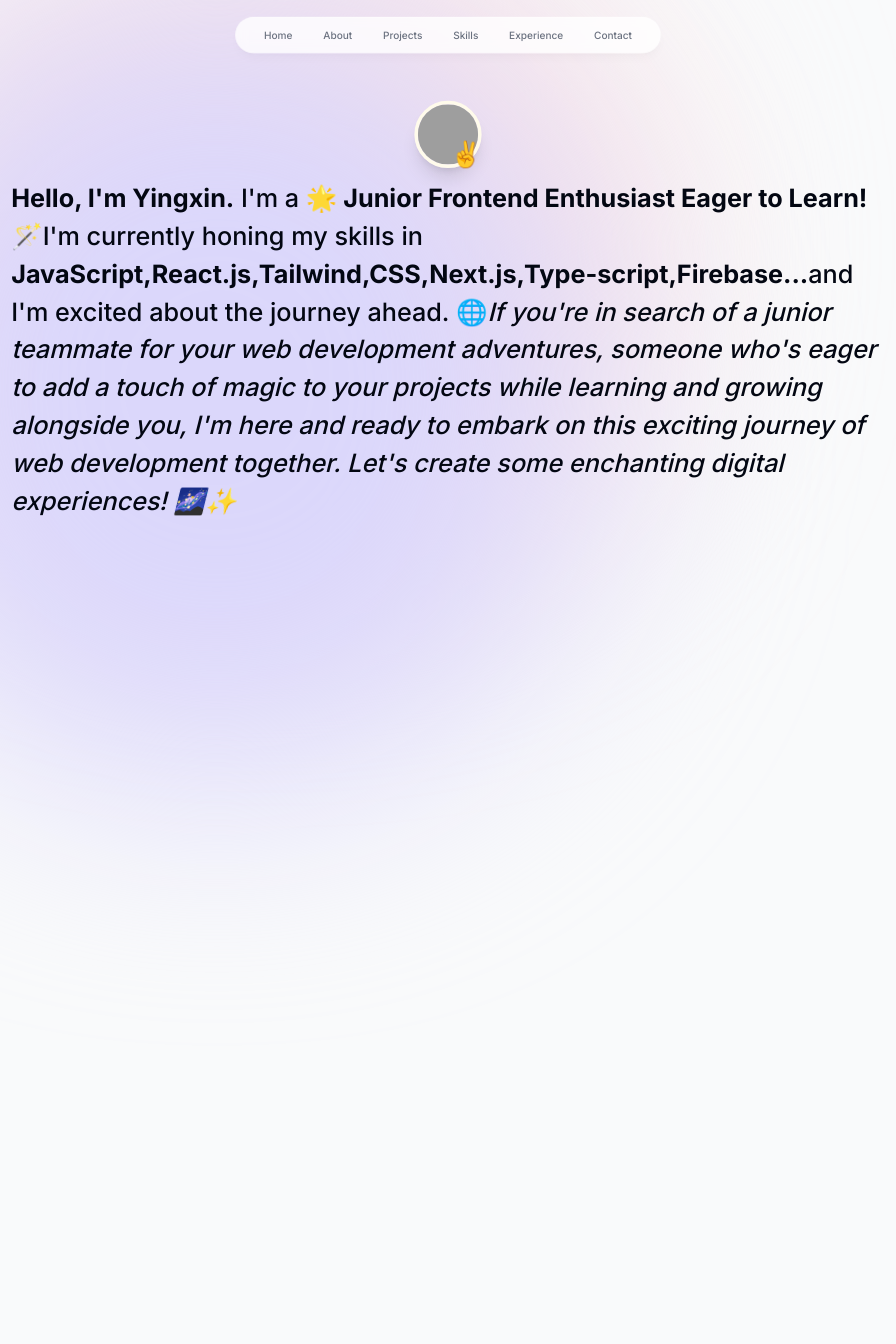
Repository: Tracy-maker/portfolio_website
Page: /
The author's editor kept a copy of each file at every save. The page is drawn from the files as they stood at one save, then again after the next save.
The browser window is 1280 px wide. The pictures show the part of the page from y = 0 to 1920 px (the page is 5000 px tall), at 70% of full size.
Pictures or frames that could not be fetched are drawn as grey boxes. The project was rebuilt for these pictures with package versions that can differ from the ones it lists, and the page was loaded fresh each time. The framework's server and built-in components were replaced by stand-ins that run in the browser. Also part of the build but not shown: next.config.js.

Above is the page before, as saved 2023-10-02 17:58:20.

### app/layout.tsx
import Header from "@/components/header";
import "./globals.css";
import type { Metadata } from "next";
import { Inter } from "next/font/google";

const inter = Inter({ subsets: ["latin"] });

export const metadata: Metadata = {
  title: "Yingxin_Zhang | Portfolio",
  description: "Yingxin_Zhang is a front-end developer",
};

export default function RootLayout({
  children,
}: {
  children: React.ReactNode;
}) {
  return (
    <html lang="en">
      <body
        className={`${inter.className} bg-gray-50 text-gray-950 relative h-[5000px] pt-28 sm:pt-36`}
      >
        <div className="bg-[#fbe2e3] absolute top-[-6rem] -z-10 right-[21rem] h-[56.25rem] w-[31.25rem] rounded-full blur-[10rem] sm:w-[68.75rem]"></div>
        <div className="bg-[#dbd7fb] absolute top-[-1rem] -z-10 left-[-45rem] h-[71.25rem] w-[-30rem] rounded-full blur-[10rem] sm:w-[68.75rem] md:left-[-33rem] lg:left-[-28rem] xl:left-[-15rem] 2xl:left-[-5rem]"></div>
        <Header />
        {children}
      </body>
    </html>
  );
}

### app/page.tsx
import Intro from "@/components/intro";
import Image from "next/image";

export default function Home() {
  return (
    <main className="">
      <Intro />
    </main>
  );
}

### components/header.tsx
"use client";
import { motion } from "framer-motion";
import { links } from "@/lib/data";
import Link from "next/link";

export default function Header() {
  return (
    <header className="z-[999] relative">
      <motion.div
        className="fixed top-0 left-1/2 h-[4.5rem] w-full
        rounded-none border border-white border-opacity-40
        bg-white bg-opacity-80 shadow-lg shadow-black/[0.03]
        backdrop-blur-[0.5rem] sm:top-6 sm:h-[3.25rem] sm:w-[38rem] sm:rounded-full"
        initial={{ y: -100, x: "-50%", opacity: 0 }}
        animate={{ y: 0, x: "-50%", opacity: 1 }}
      ></motion.div>

      <nav className="flex fixed top-[0.15rem] left-1/2 h-12 -translate-x-1/2 py-2 sm:top-[1.7rem] sm:h-[initial] sm:py-0">
        <ul className="flex w-[22rem] flex-wrap items-center justify-center gap-y-1 text-[0.9rem] font-medium text-gray-500 sm:w-[initial] sm:flex-nowrap sm:gap-5">
          {links.map((link) => (
            <motion.li
              className="h-3/4 flex items-center justify-center relative"
              key={link.hash}
              initial={{ y: -100, opacity: 0 }}
              animate={{ y: 0, opacity: 1 }}
            >
              <Link
                className="flex w-full items-center justify-center px-3 py-3 hover:text-gray-950 transition"
                href={link.hash}
              >
                {link.name}
              </Link>
            </motion.li>
          ))}
        </ul>
      </nav>
    </header>
  );
}

### components/intro.tsx
"use client";

import Image from "next/image";
import React from "react";
import { motion } from "framer-motion";

export default function Intro() {
  return (
    <section>
      <div className="flex items-center justify-center">
        <div className="relative">
          <motion.div
            initial={{ opacity: 0, scale: 0 }}
            animate={{ opacity: 1, scale: 1 }}
            transition={{
              type: "tween",
              duration: 0.2,
            }}
          >
            <Image
              src="https://i.ibb.co/MRHHtS5/Wechat-IMG7.jpg"
              alt="Personal image"
              width="192"
              height="192"
              quality="98"
              priority={true}
              className="h-24 w-24 rounded-full object-cover border-[0.35rem] border-amber-50 shadow-xl"
            />
          </motion.div>

          <motion.span
            className="absolute bottom-0 right-0 text-4xl"
            initial={{ opacity: 0, scale: 0 }}
            animate={{ opacity: 1, scale: 1 }}
            transition={{
              type: "spring",
              stiffness: 125,
              delay: 0.1,
              duration: 0.7,
            }}
          >
            ✌️
          </motion.span>
        </div>
      </div>
      <motion.h3
        className="mb-10 mt-4 px-4 text-2xl font-medium !leading-[1.5] sm:text-4xl"
        initial={{ opacity: 0, y: 100 }}
        animate={{ opacity: 1, y: 0 }}
      >
        <span className="font-bold">Hello, I'm Yingxin.</span> I'm a{" "}
        <span className="font-bold">
          🌟 Junior Frontend Enthusiast Eager to Learn! 🪄
        </span>
        I'm currently honing my skills in
        <span className="font-bold">
          {""} JavaScript,React.js,Tailwind,CSS,Next.js,Type-script,Firebase...
        </span>
        and I'm excited about the journey ahead. 🌐
        {""}
        <span className="italic">
          If you're in search of a junior teammate for your web development
          adventures, someone who's eager to add a touch of magic to your
          projects while learning and growing alongside you, I'm here and ready
          to embark on this exciting journey of web development together. Let's
          create some enchanting digital experiences! 🌌✨
        </span>
      </motion.h3>
    </section>
  );
}

### lib/data.ts
import React from "react";
import { CgWorkAlt } from "react-icons/cg";
import { FaReact } from "react-icons/fa";
import { LuGraduationCap } from "react-icons/lu";
import p1Img from "@/public/p1.png";
import p2Img from "@/public/p2.png";
import p3Img from "@/public/p3.png";

export const links = [
  {
    name: "Home",
    hash: "#home",
  },
  {
    name: "About",
    hash: "#about",
  },
  {
    name: "Projects",
    hash: "#projects",
  },
  {
    name: "Skills",
    hash: "#skills",
  },
  {
    name: "Experience",
    hash: "#experience",
  },
  {
    name: "Contact",
    hash: "#contact",
  },
] as const;

export const experiencesData = [
  {
    title: "Graduated bootcamp",
    location: "Miami, FL",
    description:
      "I graduated after 6 months of studying. I immediately found a job as a front-end developer.",
    icon: React.createElement(LuGraduationCap),
    date: "2019",
  },
  {
    title: "Front-End Developer",
    location: "Orlando, FL",
    description:
      "I worked as a front-end developer for 2 years in 1 job and 1 year in another job. I also upskilled to the full stack.",
    icon: React.createElement(CgWorkAlt),
    date: "2019 - 2021",
  },
  {
    title: "Full-Stack Developer",
    location: "Houston, TX",
    description:
      "I'm now a full-stack developer working as a freelancer. My stack includes React, Next.js, TypeScript, Tailwind, Prisma and MongoDB. I'm open to full-time opportunities.",
    icon: React.createElement(FaReact),
    date: "2021 - present",
  },
] as const;

export const projectsData = [
  {
    title: "CorpComment",
    description:
      "I worked as a full-stack developer on this startup project for 2 years. Users can give public feedback to companies.",
    tags: ["React", "Next.js", "MongoDB", "Tailwind", "Prisma"],
    imageUrl: p1Img,
  },
  {
    title: "rmtDev",
    description:
      "Job board for remote developer jobs. I was the front-end developer. It has features like filtering, sorting and pagination.",
    tags: ["React", "TypeScript", "Next.js", "Tailwind", "Redux"],
    imageUrl: p2Img,
  },
  {
    title: "Word Analytics",
    description:
      "A public web app for quick analytics on text. It shows word count, character count and social media post limits.",
    tags: ["React", "Next.js", "SQL", "Tailwind", "Framer"],
    imageUrl: p3Img,
  },
] as const;

export const skillsData = [
  "HTML",
  "CSS",
  "JavaScript",
  "TypeScript",
  "React",
  "Next.js",
  "Git",
  "MUI-material",
  "Tailwind",
  "REST-API",
  "PostgreSQL",
  "Framer Motion",
] as const;

Loaded but not shown: app/globals.css (common file); tailwind.config.ts (common file)

After the next save:
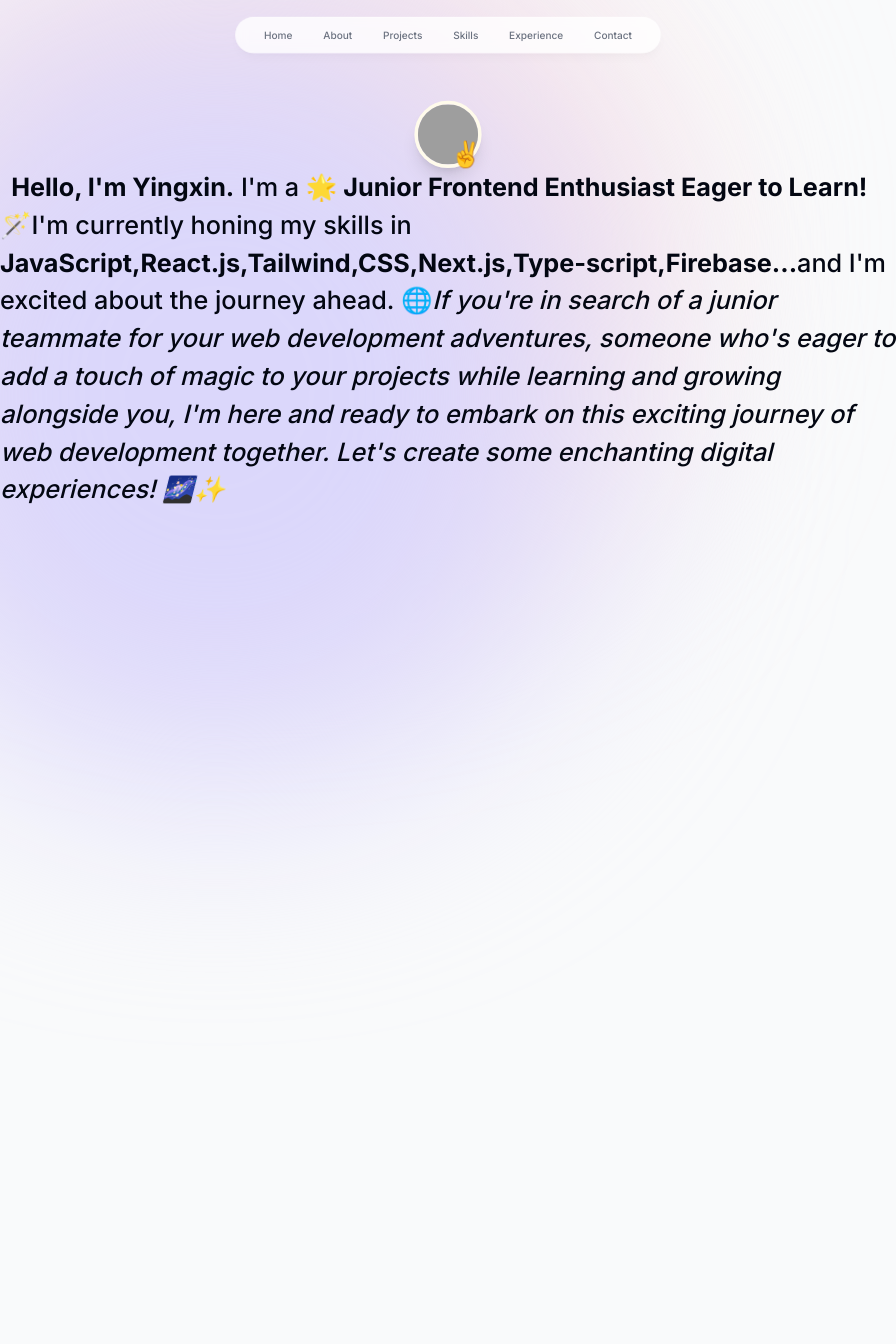
Saved 11 s later.
--- a/components/intro.tsx
+++ b/components/intro.tsx
@@ -43,7 +43,7 @@
           </motion.span>
         </div>
       </div>
-      <motion.h3
+      <motion.h7
         className="mb-10 mt-4 px-4 text-2xl font-medium !leading-[1.5] sm:text-4xl"
         initial={{ opacity: 0, y: 100 }}
         animate={{ opacity: 1, y: 0 }}
@@ -65,7 +65,7 @@
           to embark on this exciting journey of web development together. Let's
           create some enchanting digital experiences! 🌌✨
         </span>
-      </motion.h3>
+      </motion.h7>
     </section>
   );
 }

After the save that followed:
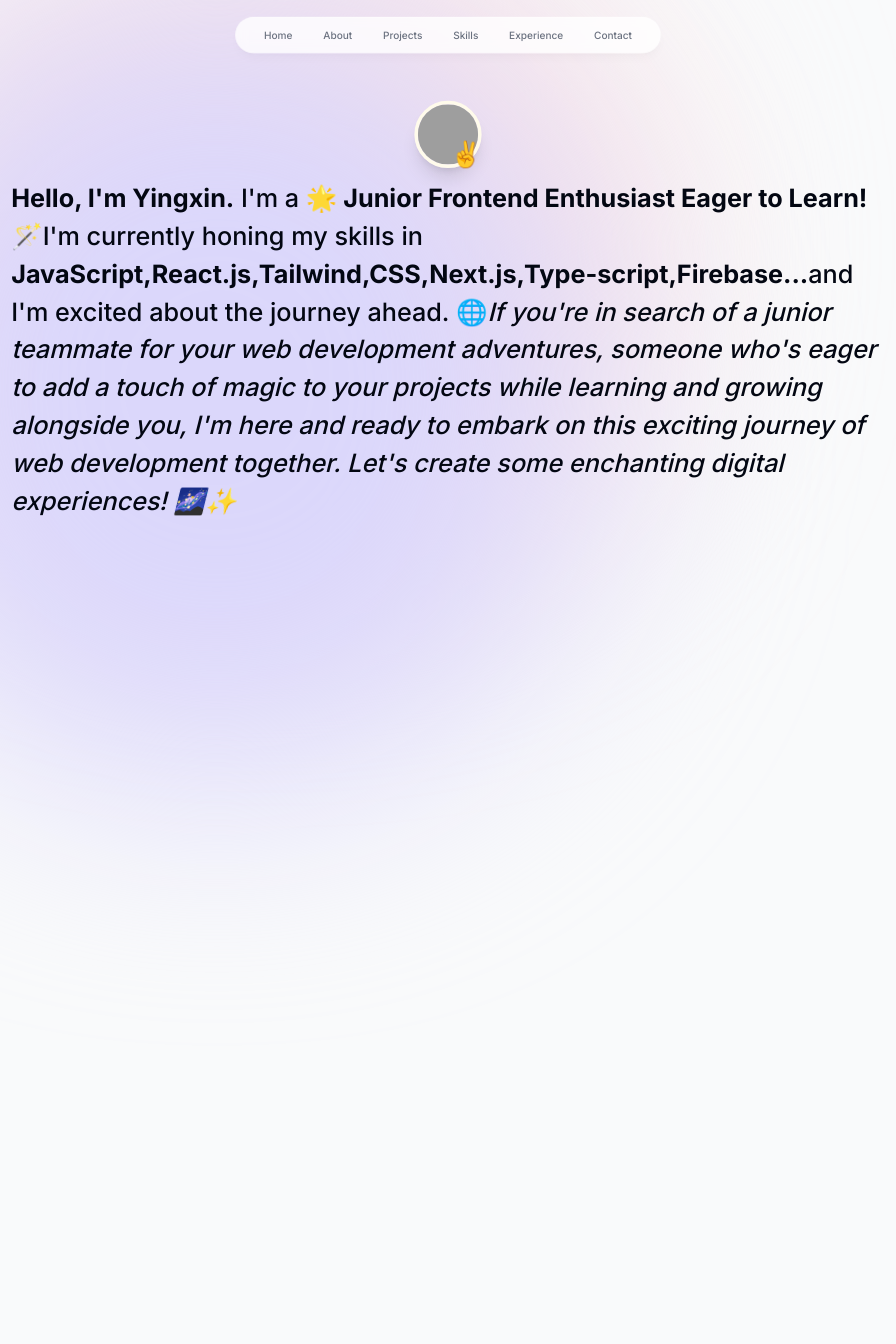
Saved 6 s later.
--- a/components/intro.tsx
+++ b/components/intro.tsx
@@ -43,7 +43,7 @@
           </motion.span>
         </div>
       </div>
-      <motion.h7
+      <motion.h6
         className="mb-10 mt-4 px-4 text-2xl font-medium !leading-[1.5] sm:text-4xl"
         initial={{ opacity: 0, y: 100 }}
         animate={{ opacity: 1, y: 0 }}
@@ -65,7 +65,7 @@
           to embark on this exciting journey of web development together. Let's
           create some enchanting digital experiences! 🌌✨
         </span>
-      </motion.h7>
+      </motion.h6>
     </section>
   );
 }
